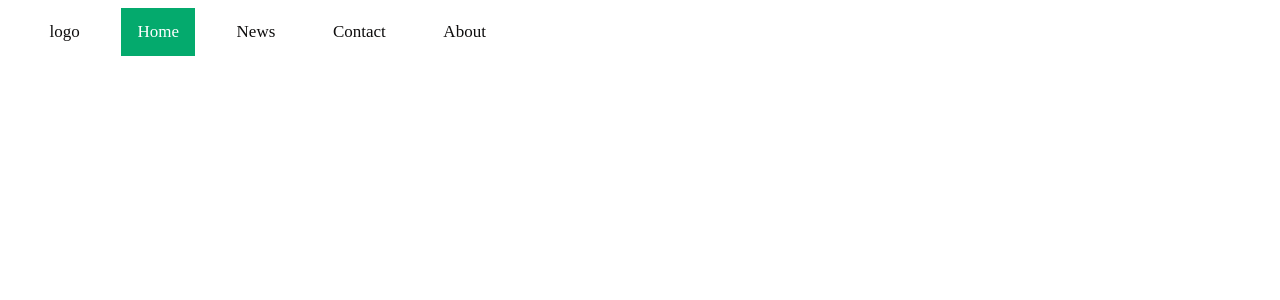
Repository: heartcut/NEWBCOINsite
Page: index.html
The author's editor kept a copy of each file at every save. The page is drawn from the files as they stood at one save, then again after the next save.
The browser window is 1280 px wide. The pictures show the whole page.

Above is the page before, as saved 2022-02-07 23:26:27.
Not found: js/scripts.js

After the next save:
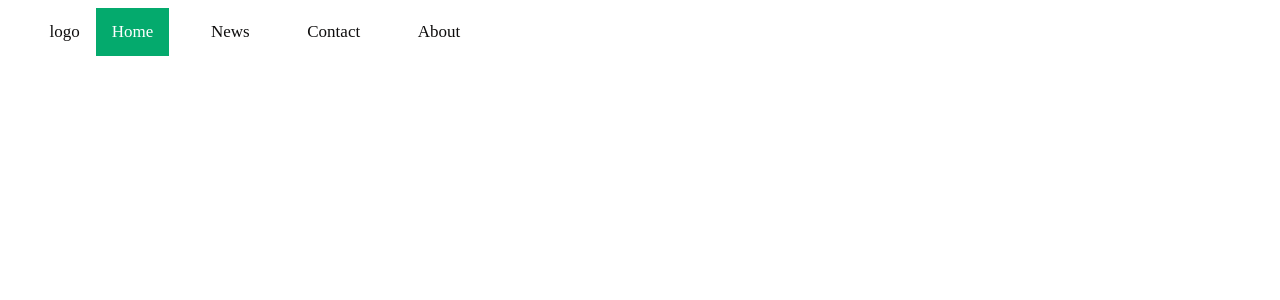
Saved 19 s later.
--- a/index.html
+++ b/index.html
@@ -28,10 +28,10 @@
     <div class="topnav">
         <a href="#news" style="margin-left:2vw;">logo</a>
 
-        <a class="active" style="margin-left:2vw;" href="#home">Home</a>
-        <a href="#news" style="margin-left:2vw;">News</a>
-        <a href="#contact" style="margin-left:2vw;">Contact</a>
-        <a href="#about" style="margin-left:2vw;">About</a>
+        <a class="active" style="margin-right:2vw;" href="#home">Home</a>
+        <a href="#news" style="margin-right:2vw;">News</a>
+        <a href="#contact" style="margin-right:2vw;">Contact</a>
+        <a href="#about" style="margin-right:2vw;">About</a>
     </div>
     <script src="js/scripts.js"></script>
 </body>
